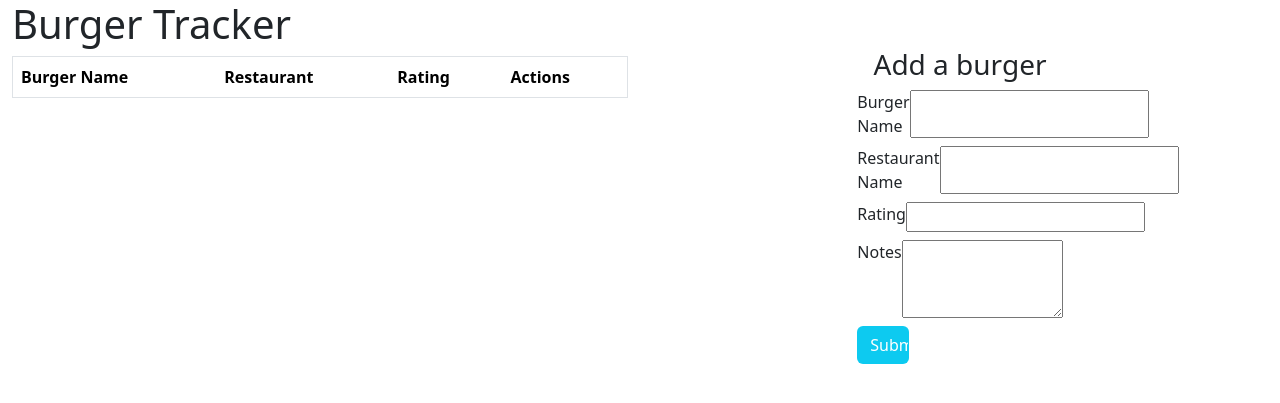
Repository: Hokusai12/Java_Dojo
Page: http://localhost/burgertracker/WEB-INF/index.jsp
These files come from the project's save history. The page is drawn as it stood at one moment and after the next save; the edit follows.
The browser window is 1280 px wide. The pictures show the whole page.
The page is served by Tomcat 9. Nobody is signed in. Other server files are loaded and not shown. The template is opened directly, without the code that normally fills it, so the values that code supplies are empty.

Above is the page before, as saved 2023-03-05 20:39:43.

### Spring/MVC/burgertracker/src/main/webapp/WEB-INF/index.jsp
<%@ page language="java" contentType="text/html; charset=ISO-8859-1"
	pageEncoding="ISO-8859-1"%>
<%@ taglib prefix="c" uri="http://java.sun.com/jsp/jstl/core"%>
<%@ taglib prefix="form" uri="http://www.springframework.org/tags/form"%>
<%@ page isErrorPage="true"%>
<!DOCTYPE html>
<html>
<head>
<meta charset="ISO-8859-1">
<link
	href="https://cdn.jsdelivr.net/npm/bootstrap@5.3.0-alpha1/dist/css/bootstrap.min.css"
	rel="stylesheet"
	integrity="sha384-GLhlTQ8iRABdZLl6O3oVMWSktQOp6b7In1Zl3/Jr59b6EGGoI1aFkw7cmDA6j6gD"
	crossorigin="anonymous">
<title>Burgerator</title>
</head>
<body>
	<div class="d-flex">
		<div class="container col-6">
			<h1>Burger Tracker</h1>
			<table class="table border">
				<thead>
					<tr>
						<th>Burger Name</th>
						<th>Restaurant</th>
						<th>Rating</th>
						<th>Actions</th>
					</tr>
				</thead>
				<tbody>
					<c:forEach items="${burgers}" var="burger">
						<tr>
							<td>${burger.name}</td>
							<td>${burger.restaurant}</td>
							<td>${burger.rating}</td>
							<td><a href="/burgers/edit/${burger.id}">Edit</a></td>
						</tr>
					</c:forEach>
				</tbody>
			</table>
		</div>
		<div class="container mt-5 d-flex flex-column align-items-center">
			<h3>Add a burger</h3>
			<form:form class="col-4 d-flex flex-column gap-2" action="/"
				method="POST" modelAttribute="burger">
				<div class="d-flex justify-content-between">
					<form:label path="name">Burger Name</form:label>
					<form:input type="text" path="name" />
				</div>
				<form:errors class="text-danger" path="name" />
				<div class="d-flex justify-content-between">
					<form:label path="restaurant">Restaurant Name</form:label>
					<form:input type="text" path="restaurant" />
				</div>
				<form:errors class="text-danger" path="restaurant" />
				<div class="d-flex justify-content-between">
					<form:label path="rating">Rating</form:label>
					<form:input type="text" path="rating" step="0.1" />
				</div>
				<form:errors class="text-danger" path="rating" />
				<div class="d-flex justify-content-between">
					<form:label path="notes">Notes</form:label>
					<form:textarea path="notes" id="notes" cols="20" rows="3"></form:textarea>
				</div>
				<form:errors class="text-danger" path="notes" />
				<input
					class="col-3 btn bg-info text-white <align-self-end></align-self-end>"
					type="submit" value="Submit" />
			</form:form>
		</div>
	</div>
</body>
</html>

After the next save:
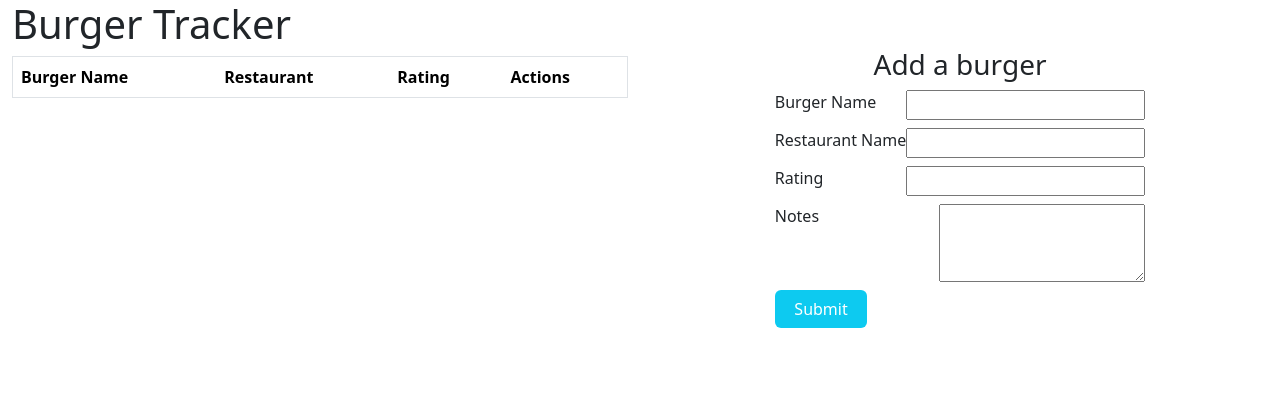
Saved 13 s later.
--- a/Spring/MVC/burgertracker/src/main/webapp/WEB-INF/index.jsp
+++ b/Spring/MVC/burgertracker/src/main/webapp/WEB-INF/index.jsp
@@ -41,7 +41,7 @@
 		</div>
 		<div class="container mt-5 d-flex flex-column align-items-center">
 			<h3>Add a burger</h3>
-			<form:form class="col-4 d-flex flex-column gap-2" action="/"
+			<form:form class="d-flex flex-column gap-2" action="/"
 				method="POST" modelAttribute="burger">
 				<div class="d-flex justify-content-between">
 					<form:label path="name">Burger Name</form:label>
